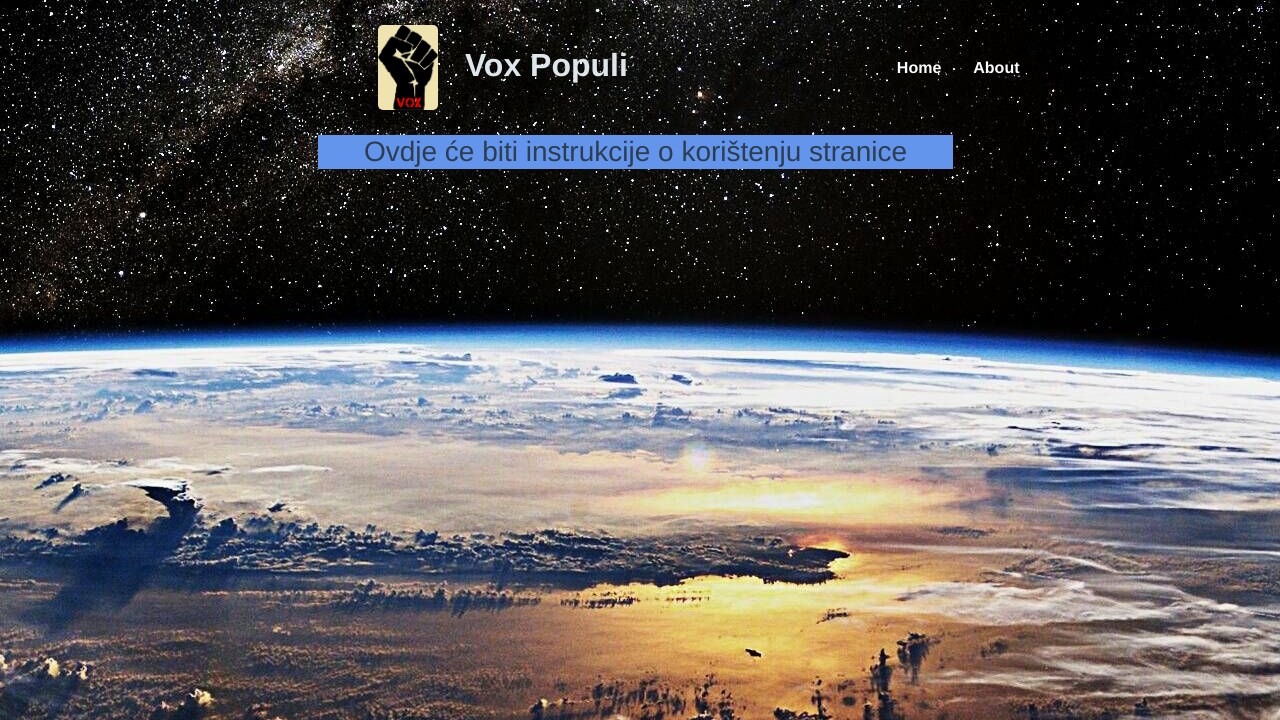
Repository: mseparov/vox-populi
Page: /about (app in vox-populi/)
An editor plug-in stored every save of this project. The page is shown before and after a run of saves, followed by the edit.
The browser window is 1280 px wide. The pictures show the whole page.
The project was rebuilt for these pictures with package versions that can differ from the ones it lists, and the page was loaded fresh each time. Also part of the build but not shown: vox-populi/src/components/NewsArticle.vue, vox-populi/src/views/Home.vue.

Above is the page before, as saved 2021-08-23 23:38:34.

After the next 2 saves:
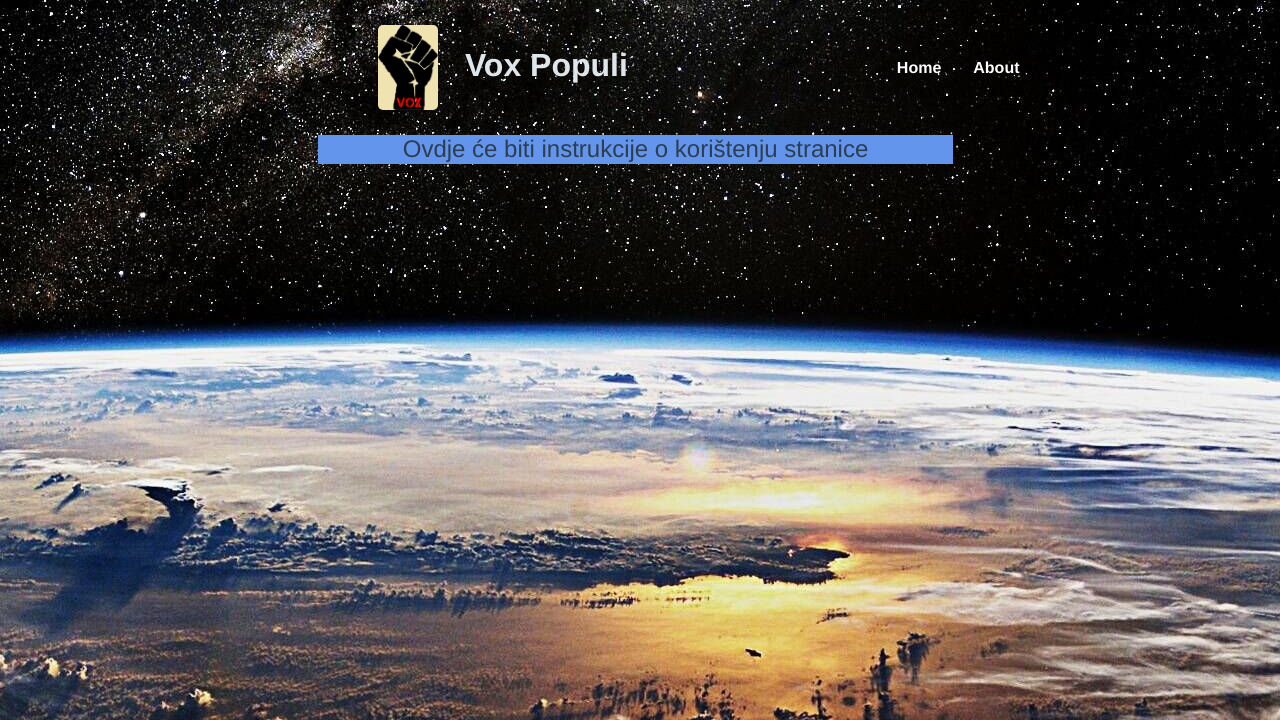
The 2 saves are shown as one change because 1 did not build or start.
The last was saved 18 s later.
--- a/vox-populi/src/views/About.vue
+++ b/vox-populi/src/views/About.vue
@@ -1,6 +1,6 @@
 <template>
   <div class="about">
-    <h3>Ovdje će biti instrukcije o korištenju stranice</h3>
+    <h4>Ovdje će biti instrukcije o korištenju stranice</h4>
   </div>
 </template>
 
